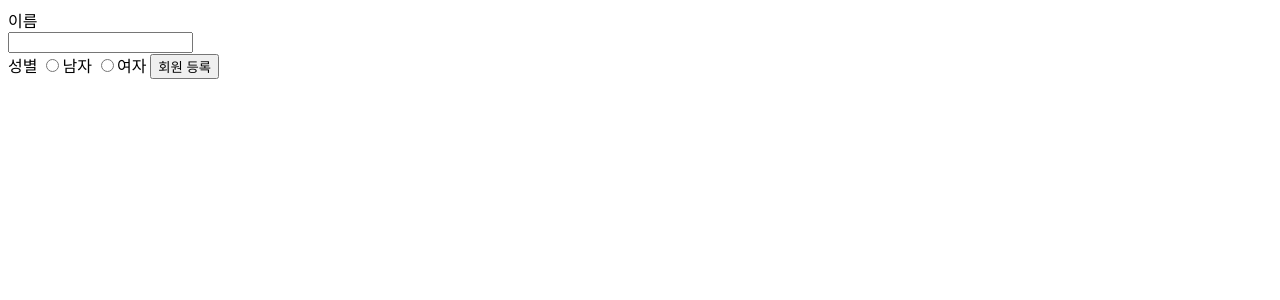
Repository: 5anniversary/JSPhw
Page: http://localhost/lecture1/test/mid4.jsp
These files come from the project's save history. The page is drawn as it stood at one moment and after the next save; the edit follows.
The browser window is 1280 px wide. The pictures show the whole page.
The page is served by Tomcat 9. Other server files are loaded and not shown.

Above is the page before, as saved 2020-05-04 03:57:17.

### lecture1/WebContent/test/mid4.jsp
<%@ page language="java" contentType="text/html; charset=UTF-8"
    pageEncoding="UTF-8"%>
<!DOCTYPE html>
<html>
<head>
<meta charset="UTF-8">
</head>
<body>
	<%
		String value = "one";
		String str = "";
		str = request.getParameter("number");
		if (str != null)
			value = str;
	%>
	<label>이름</label>
	<form action="mid3.jsp" method="get">
		<div>
		<input type="text" name="number" value="" />
		</div>
		<label>성별</label>
		<input type="radio" name="number" value="남자" >남자
		<input type="radio" name="number" value="여자" >여자
		<button type="submit" name="cmd" value="ok">회원 등록</button>
	</form>
</body>
</html>

After the next save:
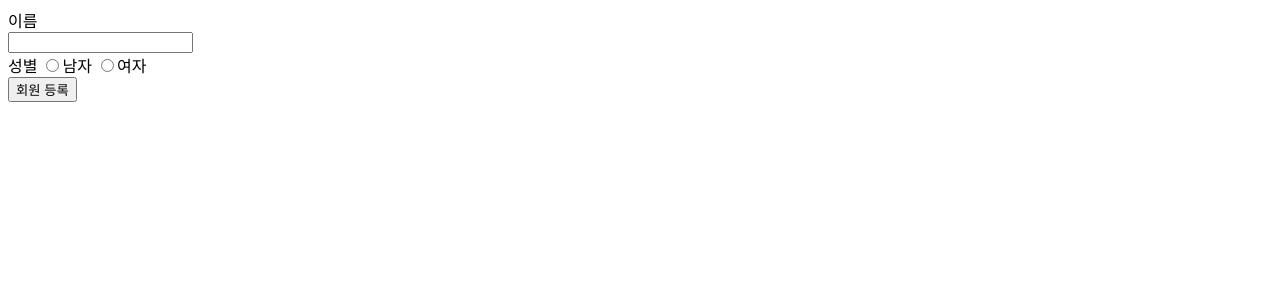
Saved 28 s later.
--- a/lecture1/WebContent/test/mid4.jsp
+++ b/lecture1/WebContent/test/mid4.jsp
@@ -21,7 +21,9 @@
 		<label>성별</label>
 		<input type="radio" name="number" value="남자" >남자
 		<input type="radio" name="number" value="여자" >여자
+		<div>
 		<button type="submit" name="cmd" value="ok">회원 등록</button>
+		</div>
 	</form>
 </body>
 </html>
